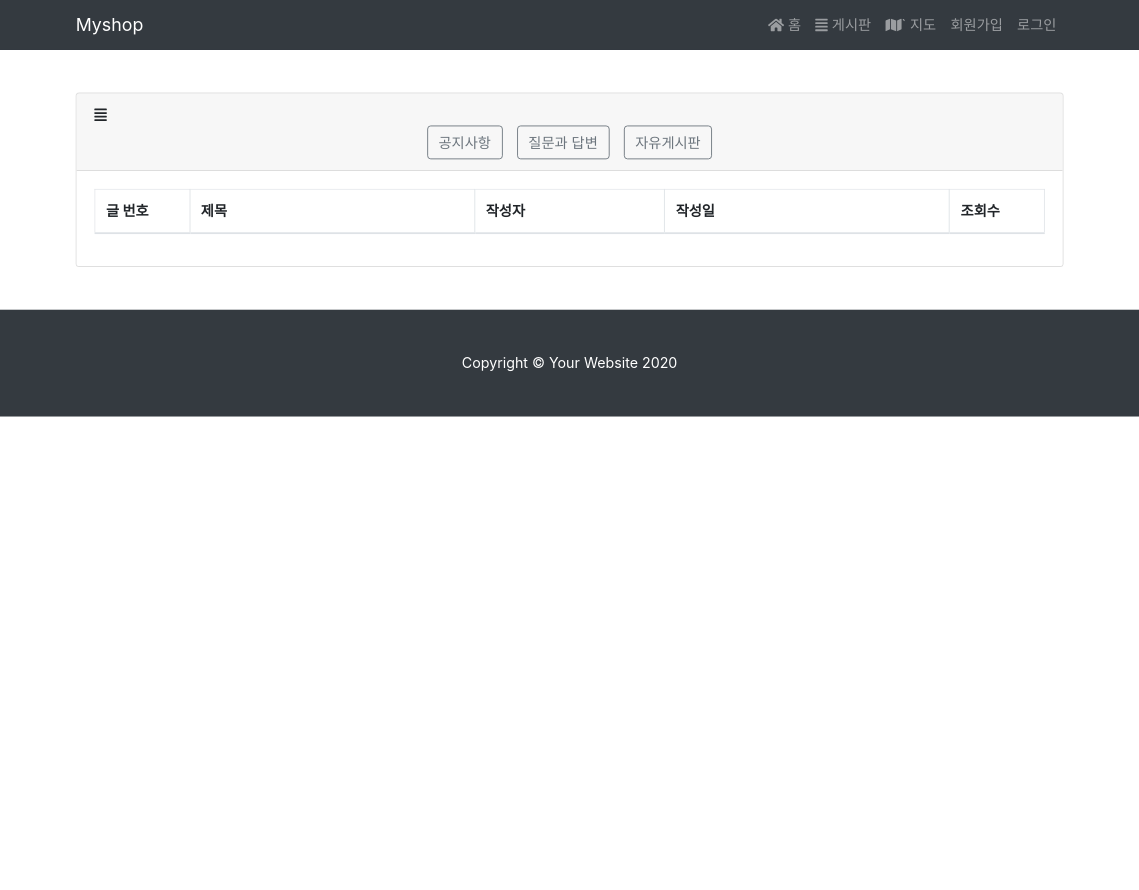
Repository: KimBiYam/ShoppingMallProject
Page: http://localhost/MyShop/WEB-INF/views/board/list.jsp
An editor plug-in stored every save of this project. The page is shown before and after a run of saves, followed by the edit.
The browser window is 1280 px wide. The pictures show the whole page, at 89% of full size.
Some web libraries are served in a nearby version. The page is served by Tomcat 9. Nobody is signed in. The template is opened directly, without the code that normally fills it, so the values that code supplies are empty.

Above is the page before, as saved 2020-04-20 04:59:14.

After the next 4 saves:
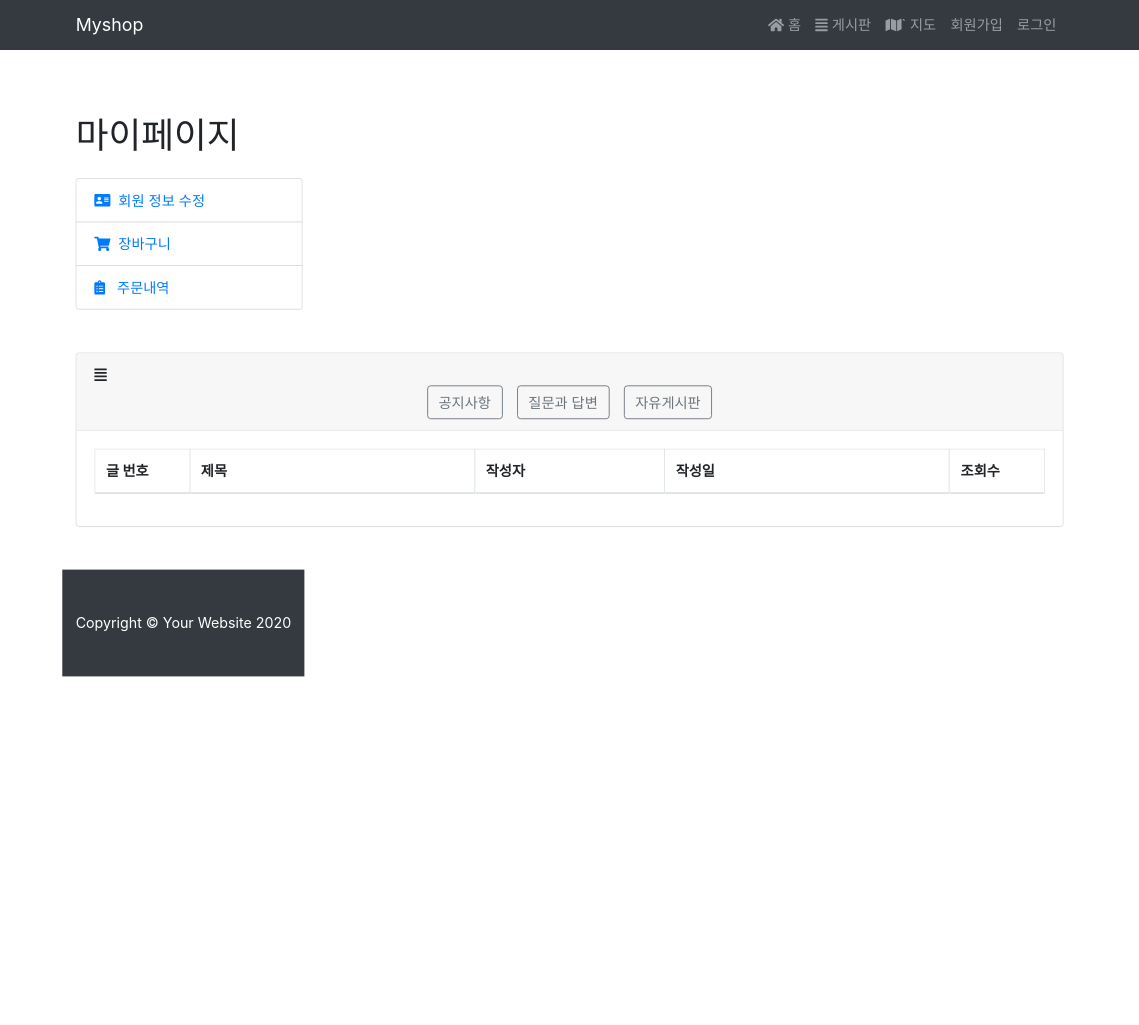
The 4 saves are shown as one change because 3 did not build or start.
The last was saved 32 s later.
--- a/MyShop/src/main/webapp/WEB-INF/views/board/list.jsp
+++ b/MyShop/src/main/webapp/WEB-INF/views/board/list.jsp
@@ -15,7 +15,7 @@
 </head>
 <body>
 	<jsp:include page="../includes/header.jsp" />
-
+	<jsp:include page="../includes/usersidebar.jsp" />
 	<!-- Page Content -->
 	<div class="container">
 		<div class="card my-5">

After the save that followed:
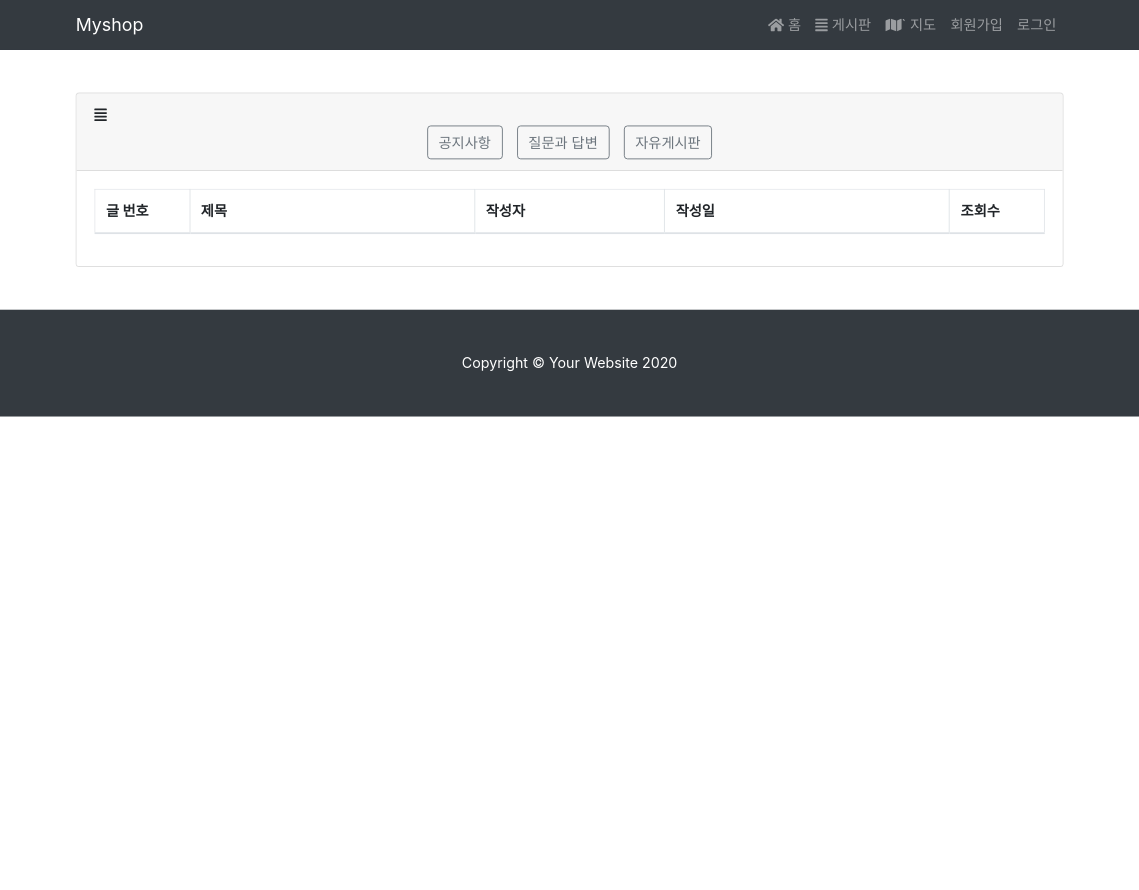
Saved 18 s later.
--- a/MyShop/src/main/webapp/WEB-INF/views/board/list.jsp
+++ b/MyShop/src/main/webapp/WEB-INF/views/board/list.jsp
@@ -15,7 +15,7 @@
 </head>
 <body>
 	<jsp:include page="../includes/header.jsp" />
-	<jsp:include page="../includes/usersidebar.jsp" />
+
 	<!-- Page Content -->
 	<div class="container">
 		<div class="card my-5">
